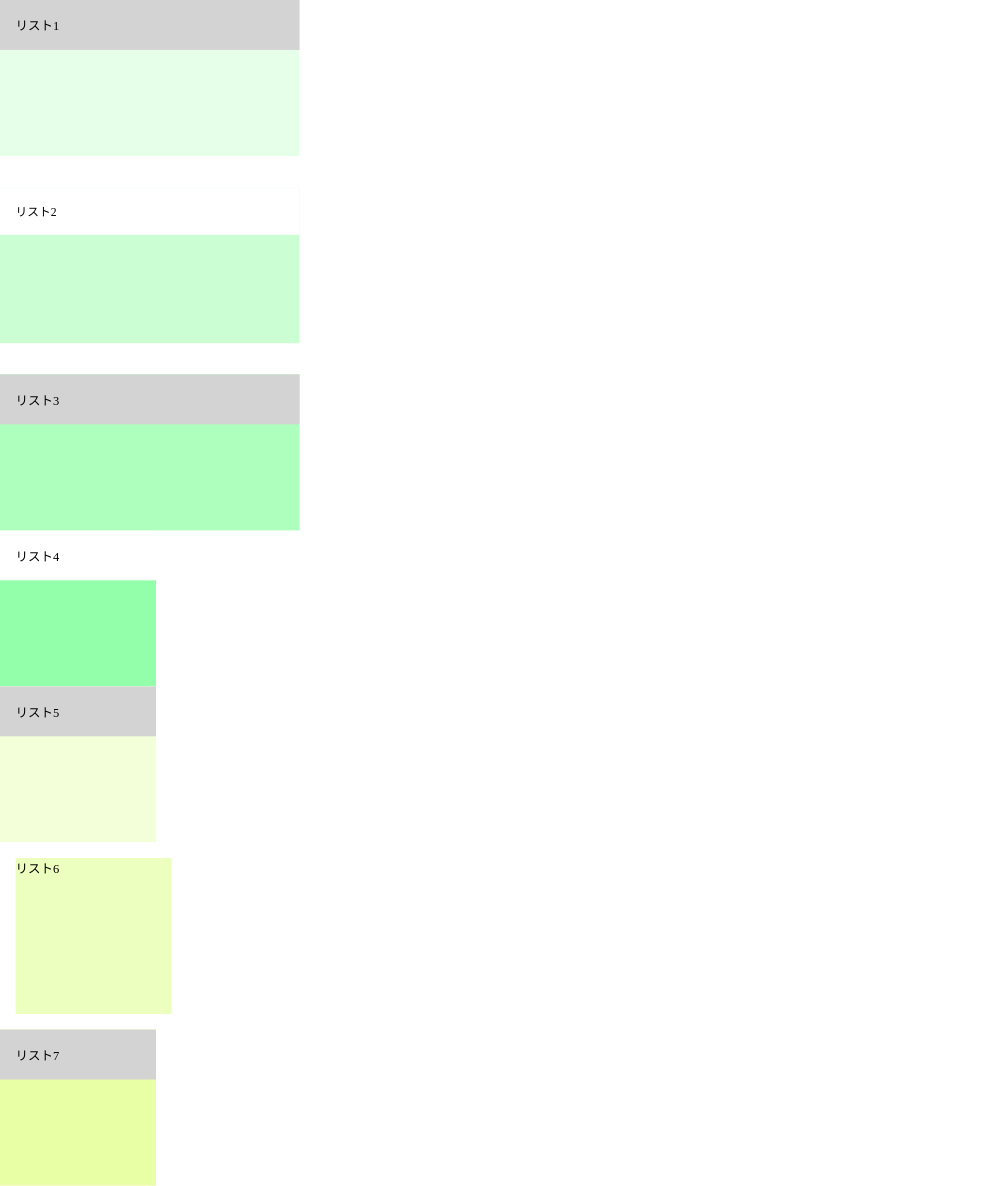
Repository: Raychel-310/chapter10
Page: chapter8_exercise/chapter8_exercise.html
The author's editor kept a record of every edit. The page is drawn from the files as they stood at one moment, then again after the next edit.
The browser window is 1280 px wide. The pictures show the whole page, at 78% of full size.

Above is the page before.

### chapter8_exercise/chapter8_exercise.html
<!DOCTYPE html>
<html lang="ja">
  <head>
    <meta charset="UTF-8" />
    <!-- CSSファイルの読み込み -->
    <link rel="stylesheet" href="chapter8_exercise.css" />
    <title>service</title>
  </head>

  <body>
    <div class="box1">
      <p class="list1">
        リスト1
      </p>
    </div>
    <div class="box2">
      <p class="list2">
        リスト2
      </p>
    </div>
    <div class="box3">
      <p class="list3">
        リスト3
      </p>
    </div>
    <div class="box4">
      <p class="list4">
        リスト4
      </p>
    </div>
    <div class="box5">
      <p class="list5">
        リスト5
      </p>
    </div>
    <div class="list6">
      <p class="box6">
        リスト6
      </p>
    </div>
    <div class="box7">
      <p class="list7">
        リスト7
      </p>
    </div>
  </body>

### chapter8_exercise/chapter8_exercise.css
* {
  margin: 0;
  padding: 0;
  box-sizing: border-box;
}

main {
  width: 960px;
  margin: 50px auto;
}

.list1 {
background:#d3d3d3; /*背景色の指定*/
padding-top:20px;
padding-left: 20px;
padding-bottom: 20px;
color: 808080;
}

.list1 p {
margin:0;
padding:0;
}

.list2 {
background:#ffffff; /*背景色の指定*/
padding-top:20px;
padding-left: 20px;
padding-bottom: 20px;
color: 808080;
font-size: 15px;
}

.list2 p {
margin:0;
padding:0;
}

.list3 {
background:#d3d3d3; /*背景色の指定*/
padding-top:20px;
padding-left: 20px;
padding-bottom: 20px;
color: 808080;
}

.list3 p {
margin:0;
padding:0;
}

.list4 {
background:#ffffff; /*背景色の指定*/
padding-top:20px;
padding-left: 20px;
padding-bottom: 20px;
color: 808080;
}

.list4 p {
margin:0;
padding:0;
}

.list5 {
background:#d3d3d3; /*背景色の指定*/
padding-top:20px;
padding-left: 20px;
padding-bottom: 20px;
color: 808080;
}

.list5 p {
margin:0;
padding:0;
}

.list6 {
background:#ffffff; /*背景色の指定*/
padding-top:20px;
padding-left: 20px;
padding-bottom: 20px;
color: 808080;
}

.list6 p {
margin:0;
padding:0;
}

.list7 {
background:#d3d3d3; /*背景色の指定*/
padding-top:20px;
padding-left: 20px;
padding-bottom: 20px;
color: 808080;
}

.list7 p {
margin:0;
padding:0;
}

.box1 {
  width: 30%;
  height: 200px;
  background-color: #e6ffe9;
  margin-right: 5%;
  margin-bottom: 40px;
}

.box2 {
  width: 30%;
  height: 200px;
  background-color: #cbffd3;
  margin-right: 5%;
  margin-bottom: 40px;
}

.box3 {
  width: 30%;
  height: 200px;
  background-color: #aeffbd;
}

.box4 {
  width: 200px;
  height: 200px;
  background-color: #93ffab;
}

.box5 {
  width: 200px;
  height: 200px;
  background-color: #f3ffd8;
}

.box6 {
  width: 200px;
  height: 200px;
  background-color: #edffbe;
}

.box7 {
  width: 200px;
  height: 200px;
  background-color: #e9ffa5;
}

.box8 {
  width: 200px;
  height: 200px;
  background-color: #e4ff8d;
}

.box9 {
  width: 200px;
  height: 200px;
  background-color: #d9e5ff;
}

After the next edit:
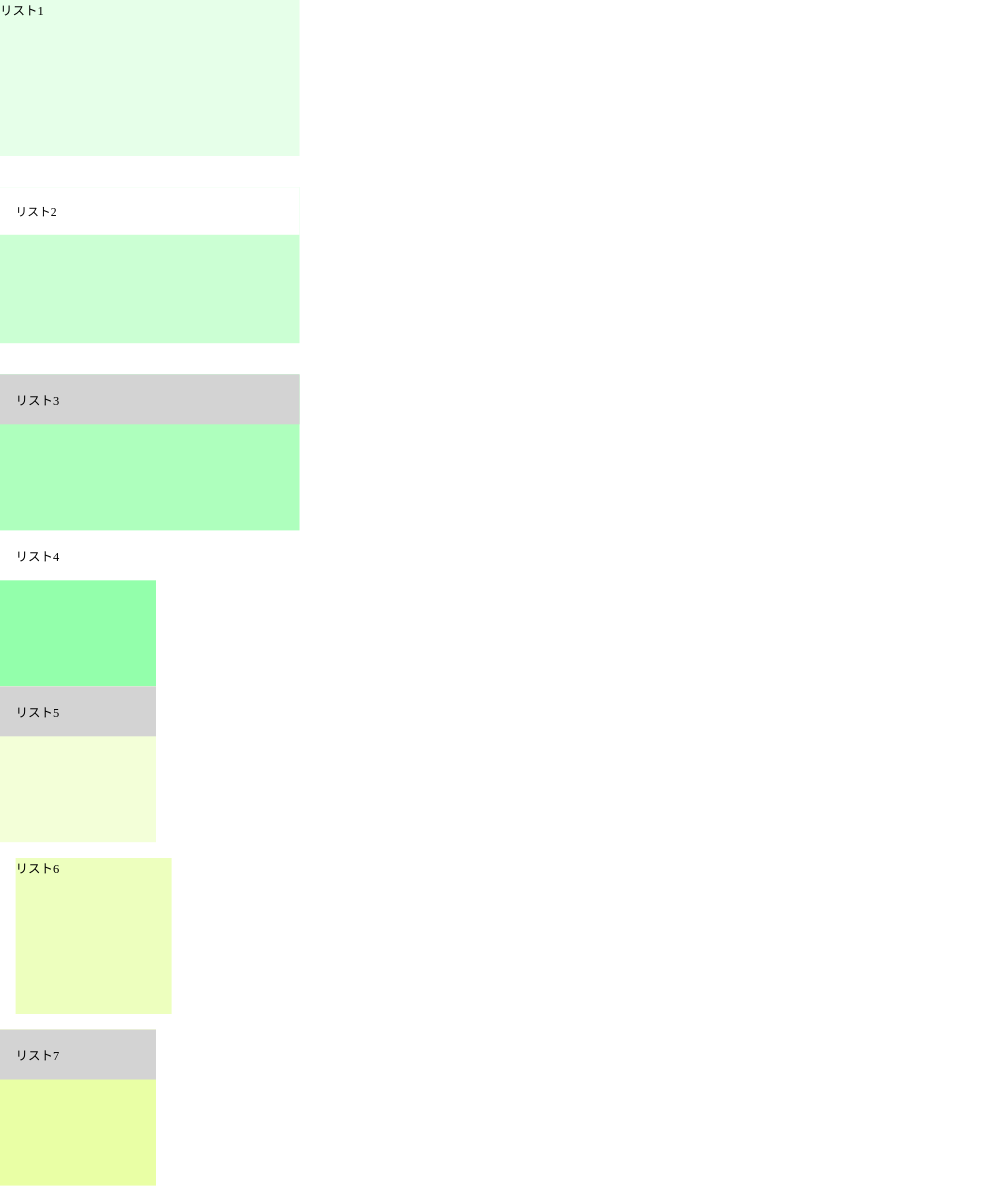
The edit:
--- a/chapter8_exercise/chapter8_exercise.html
+++ b/chapter8_exercise/chapter8_exercise.html
@@ -9,7 +9,7 @@
 
   <body>
     <div class="box1">
-      <p class="list1">
+      <p>
         リスト1
       </p>
     </div>
